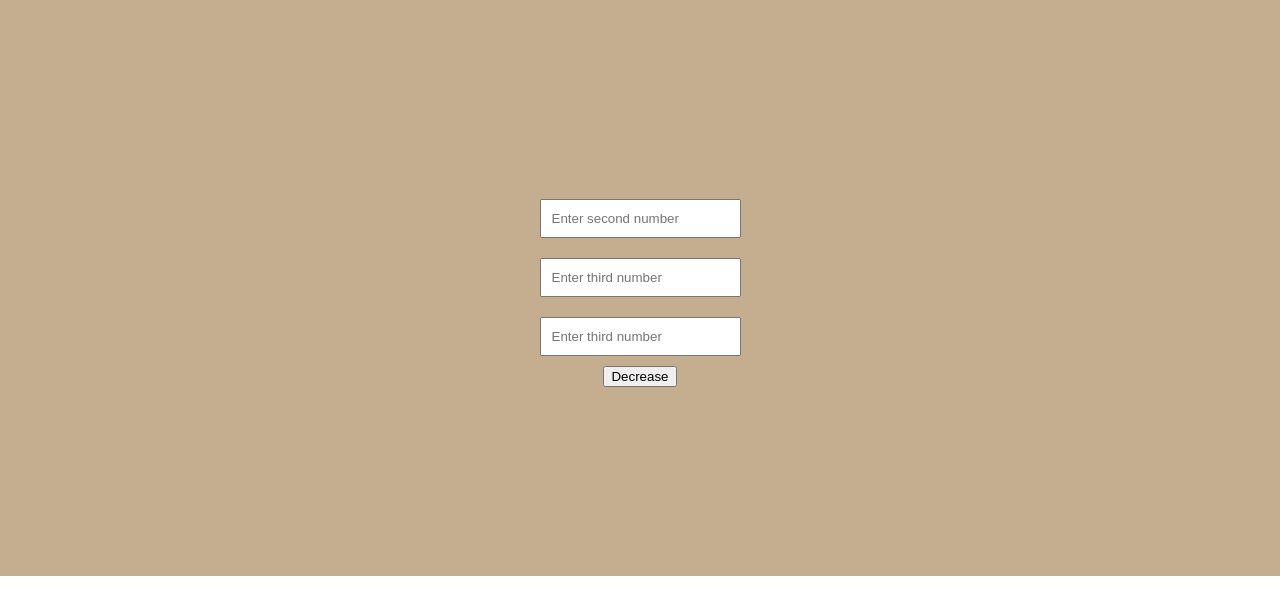
Repository: purnimapatel/SI-calculator
Page: /
These files come from the project's save history. The page is drawn as it stood at one moment and after the next save; the edit follows.
The browser window is 1280 px wide. The pictures show the whole page.
The project was rebuilt for these pictures with package versions that can differ from the ones it lists, and the page was loaded fresh each time.

Above is the page before, as saved 2024-08-26 11:24:56.

After the next save:
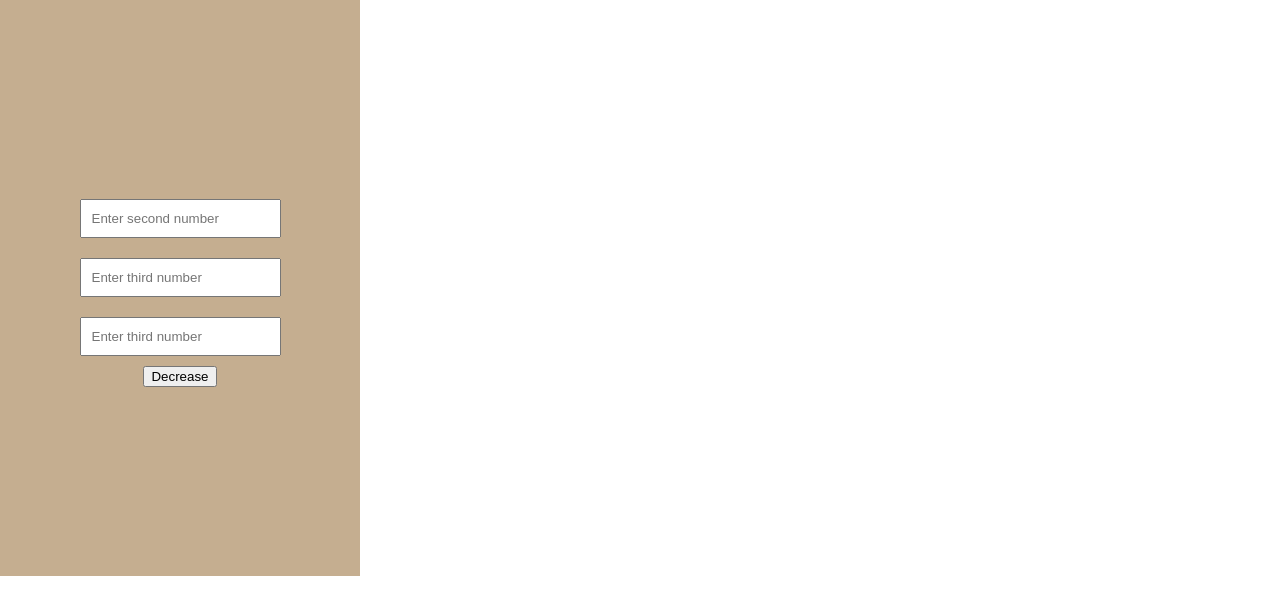
Saved 8 s later.
--- a/src/App.css
+++ b/src/App.css
@@ -10,7 +10,7 @@
   align-items:center;
   flex-direction: column;
   height: 80vh;
-  width= 50vh;
+  width:50vh;
 
 }
 input[type=number]::-webkit-outer-spin-button,
